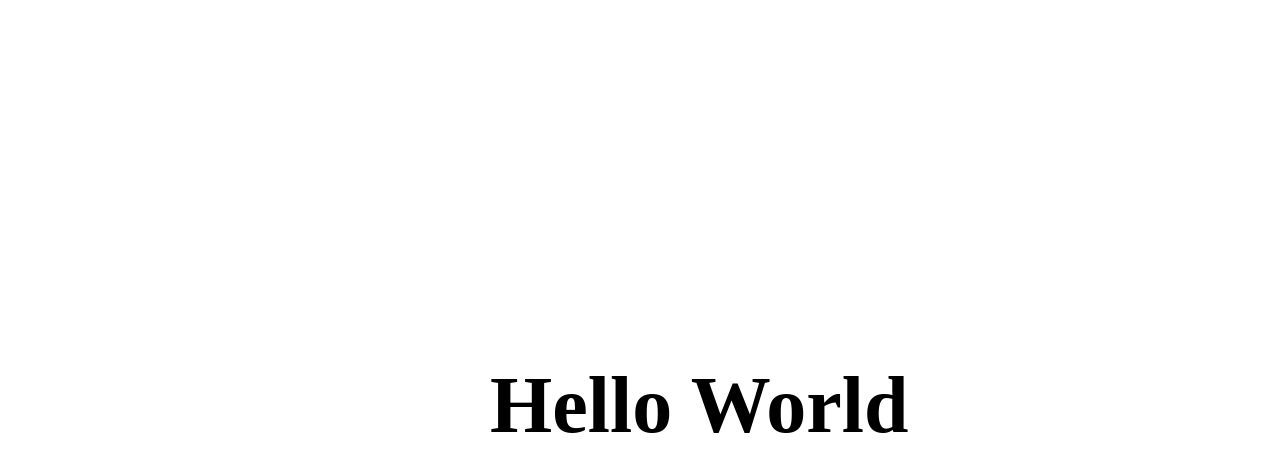
Repository: sarahlochhead/css-demo
Page: index.html
The author's editor kept a copy of each file at every save. The page is drawn from the files as they stood at one save, then again after the next save.
The browser window is 1280 px wide. The pictures show the whole page.

Above is the page before, as saved 2023-04-28 12:08:03.

After the next save:
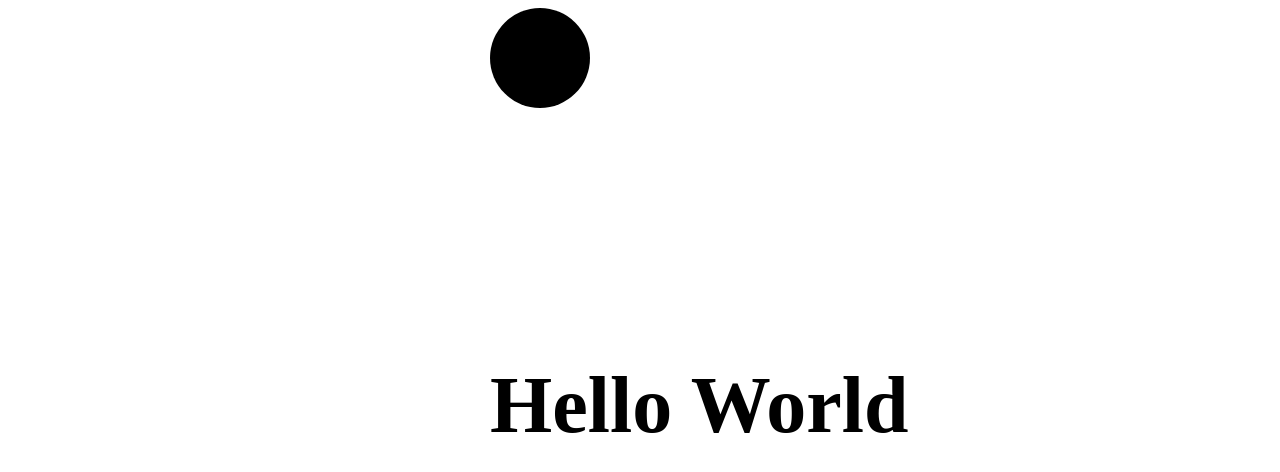
Saved 29 s later.
--- a/index.html
+++ b/index.html
@@ -12,7 +12,7 @@
         <h1>Hello World</h1>
     </header>
     <svg class="small">
-        <circle />
+        <circle cx="50" cy="50" r="50" />
     </svg>
 
 
